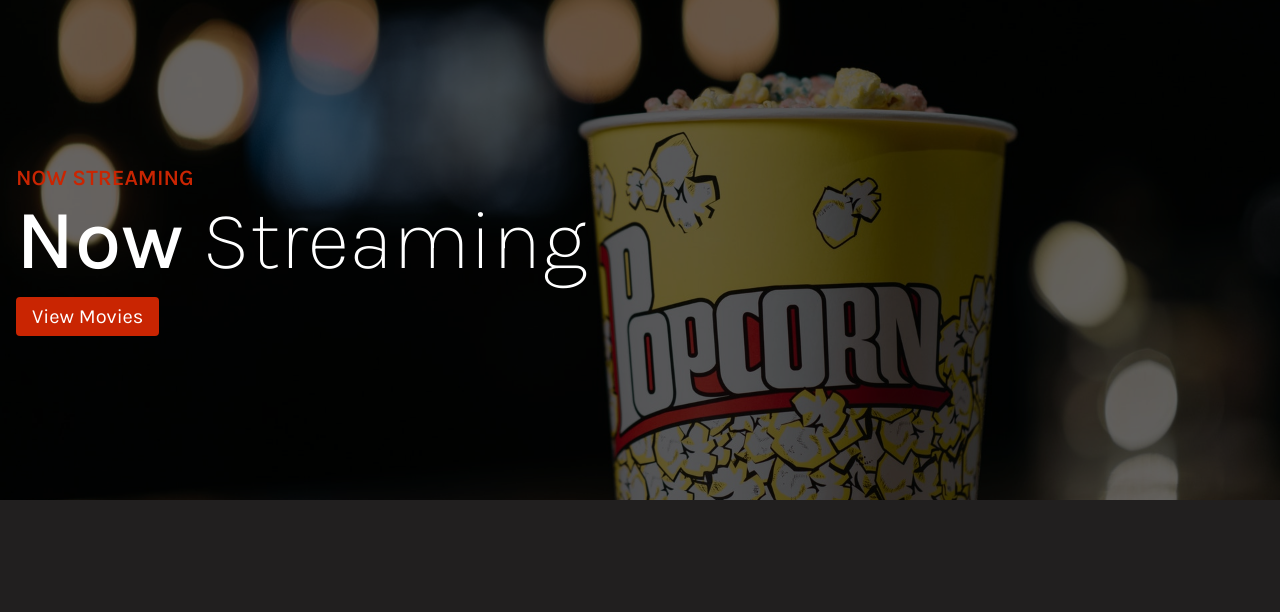
Repository: tomas938/films-overview
Page: /
These files come from the project's save history. The page is drawn as it stood at one moment and after the next save; the edit follows.
The browser window is 1280 px wide. The pictures show the whole page.
The page's requests for data from a server got no answer. The project was rebuilt for these pictures with package versions that can differ from the ones it lists, and the page was loaded fresh each time. The framework's server and built-in components were replaced by stand-ins that run in the browser. No one was signed in, and anything a server would have sent is missing. Also part of the build but not shown: nuxt.config.js, components/Loading.vue.

Above is the page before, as saved 2021-08-26 21:07:18.

After the next save:
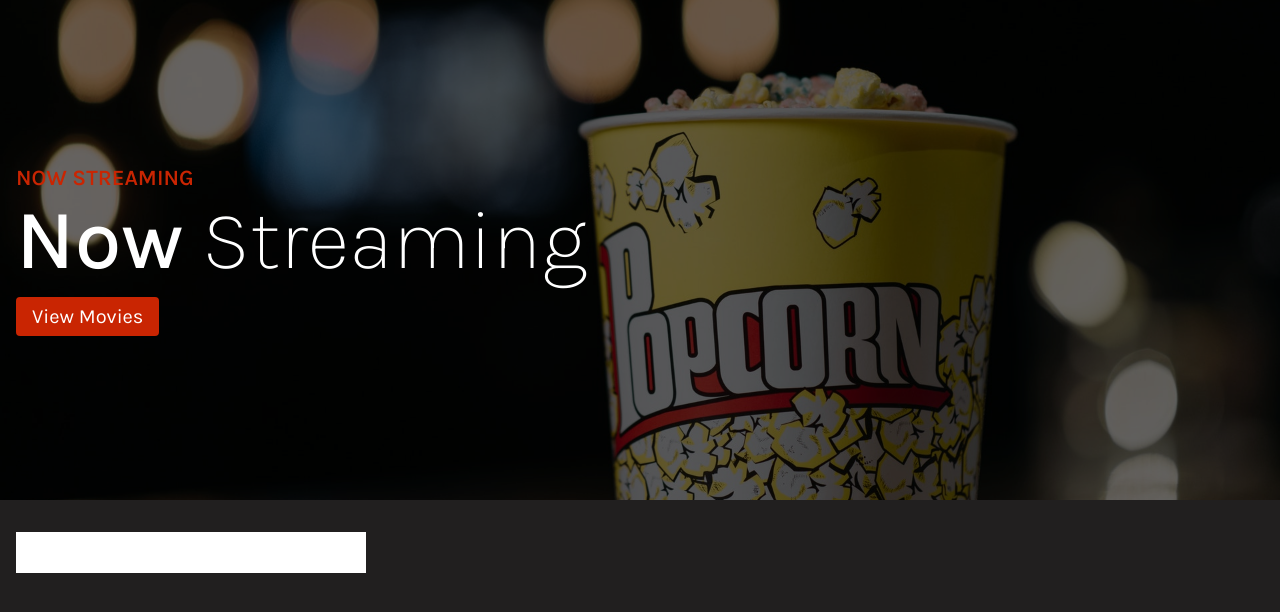
Saved 11 s later.
--- a/pages/index.vue
+++ b/pages/index.vue
@@ -1,7 +1,9 @@
 <template>
   <div class="home">
     <Hero></Hero>
-    <div class="container search"></div>
+    <div class="container search">
+      <input type="text" placeholder="" />
+    </div>
     <div class="container movies">
       <div id="movie-grid" class="movies-grid">
         <div class="movie" v-for="(movie, index) in movies" :key="index">
